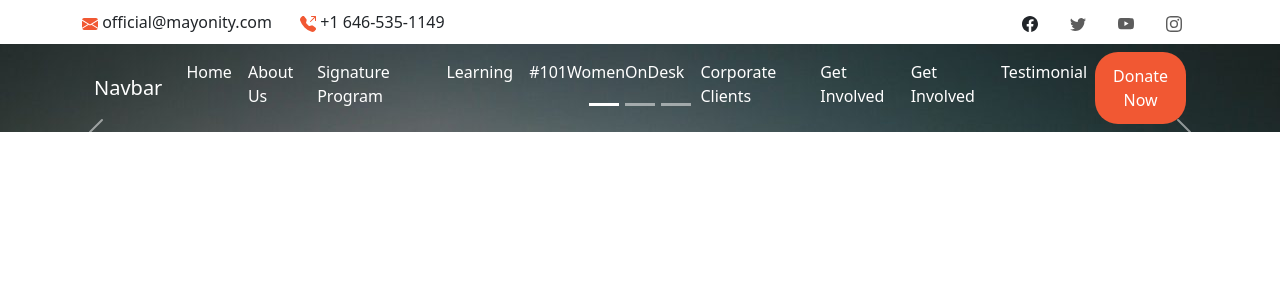
Repository: rizwan-zafar/wings
Page: /
These files come from the project's save history. The page is drawn as it stood at one moment and after the next save; the edit follows.
The browser window is 1280 px wide. The pictures show the whole page.
The project was rebuilt for these pictures with package versions that can differ from the ones it lists, and the page was loaded fresh each time.

Above is the page before, as saved 2022-11-25 23:32:17.

### public/index.html
<!DOCTYPE html>
<html lang="en">
  <head>
    <meta charset="utf-8" />
    <link rel="icon" href="%PUBLIC_URL%/favicon.ico" />
    <meta name="viewport" content="width=device-width, initial-scale=1" />
    <meta name="theme-color" content="#000000" />
    <meta
      name="description"
      content="Web site created using create-react-app"
    />
    <link rel="apple-touch-icon" href="%PUBLIC_URL%/logo192.png" />
    <!--
      manifest.json provides metadata used when your web app is installed on a
      user's mobile device or desktop. See https://developers.google.com/web/fundamentals/web-app-manifest/
    -->
    <link rel="manifest" href="%PUBLIC_URL%/manifest.json" />
    <!--
      Notice the use of %PUBLIC_URL% in the tags above.
      It will be replaced with the URL of the `public` folder during the build.
      Only files inside the `public` folder can be referenced from the HTML.

      Unlike "/favicon.ico" or "favicon.ico", "%PUBLIC_URL%/favicon.ico" will
      work correctly both with client-side routing and a non-root public URL.
      Learn how to configure a non-root public URL by running `npm run build`.
    -->
    <title>Wings</title>
  </head>
  <body>
    <noscript>You need to enable JavaScript to run this app.</noscript>
    <div id="root"></div>
    <!--
      This HTML file is a template.
      If you open it directly in the browser, you will see an empty page.

      You can add webfonts, meta tags, or analytics to this file.
      The build step will place the bundled scripts into the <body> tag.

      To begin the development, run `npm start` or `yarn start`.
      To create a production bundle, use `npm run build` or `yarn build`.
    -->
  </body>
</html>

### src/index.js
import React from 'react';
import ReactDOM from 'react-dom/client';
import './index.css';
import App from './App';
import "../node_modules/bootstrap/dist/css/bootstrap.min.css"
import "../node_modules/bootstrap/dist/js/bootstrap.min.js"

const root = ReactDOM.createRoot(document.getElementById('root'));
root.render(
  <React.StrictMode>
    <App />
  </React.StrictMode>
);

// If you want to start measuring performance in your app, pass a function
// to log results (for example: reportWebVitals(console.log))
// or send to an analytics endpoint. Learn more: https://bit.ly/CRA-vitals

### src/index.css
html {
  margin: 0;
  padding: 0;
  font-family: -apple-system, BlinkMacSystemFont, 'Segoe UI', 'Roboto', 'Oxygen',
    'Ubuntu', 'Cantarell', 'Fira Sans', 'Droid Sans', 'Helvetica Neue',
    sans-serif;
  -webkit-font-smoothing: antialiased;
  -moz-osx-font-smoothing: grayscale;
}
.icons{
  color:#f15833 ;
}
.social-icons{
  color:#000000a3
}

### src/App.js
import Home from "./Pages/Home"
function App() {
  return (

    <>
      <Home />
    </>

  );
}

export default App;

### src/Pages/Home.js
import React from 'react'
import TopNavbar from "../Components/Topnavbar"
// import Navbar from "../Components/Navbar"
import Slider from "../Components/Slider"
export default function Home() {
    return (
        <div>
            <TopNavbar />
            {/* <Navbar /> */}
            <Slider />
        </div>
    )
}

### src/Components/Topnavbar.js
import React from 'react'
import "../Css/Topnav.css"
import { EnvelopeFill, TelephoneOutboundFill, Twitter, Youtube, Instagram, Facebook } from "react-bootstrap-icons"
export default function Topnavbar() {
    return (
        <div className="top-bar container d-flex justify-content-between">
            <div>
                <span> <EnvelopeFill className="icons" /> official@mayonity.com</span>
                <span className="set-padding p-4"> <TelephoneOutboundFill className="icons ml-3" /> +1 646-535-1149</span>
            </div>
            <div>
                <span className="p-3 social-icons-"><Facebook /></span>
                <span className="p-3 social-icons"><Twitter /></span>
                <span className="p-3 social-icons"><Youtube /></span>
                <span className="p-3 social-icons"><Instagram /></span>
            </div>
        </div>
    )
}

### src/Components/Slider.js
import React from 'react'
import "../Css/Slider.css"
import Navbar from "../Components/Navbar"
export default function Slider() {
    return (
        <div className="set-slider">
            <Navbar />
            <div id="carouselExampleCaptions" className="carousel slide" data-bs-ride="false">
                <div className="carousel-indicators">
                    <button type="button" data-bs-target="#carouselExampleCaptions" data-bs-slide-to="0" className="active" aria-current="true" aria-label="Slide 1"></button>
                    <button type="button" data-bs-target="#carouselExampleCaptions" data-bs-slide-to="1" aria-label="Slide 2"></button>
                    <button type="button" data-bs-target="#carouselExampleCaptions" data-bs-slide-to="2" aria-label="Slide 3"></button>
                </div>
                <div className="carousel-inner">
                    <div className="carousel-item active">
                        <div className="carousel-caption d-none d-md-block">
                            <h5>First slide label</h5>
                            <p>Some representative placeholder content for the first slide.</p>
                        </div>
                    </div>
                    <div className="carousel-item">
                        <div className="carousel-caption d-none d-md-block">
                            <h5>Second slide label</h5>
                            <p>Some representative placeholder content for the second slide.</p>
                        </div>
                    </div>
                    <div className="carousel-item">
                        <div className="carousel-caption d-none d-md-block">
                            <h5>Third slide label</h5>
                            <p>Some representative placeholder content for the third slide.</p>
                        </div>
                    </div>
                </div>
                <button className="carousel-control-prev" type="button" data-bs-target="#carouselExampleCaptions" data-bs-slide="prev">
                    <span className="carousel-control-prev-icon" aria-hidden="true"></span>
                    <span className="visually-hidden">Previous</span>
                </button>
                <button className="carousel-control-next" type="button" data-bs-target="#carouselExampleCaptions" data-bs-slide="next">
                    <span className="carousel-control-next-icon" aria-hidden="true"></span>
                    <span className="visually-hidden">Next</span>
                </button>
            </div>
        </div>
    )
}

### src/Css/Topnav.css
.top-bar{
background-color: #fff;
padding: 10px;
}
.nav-container .btn
{
    background: #f15833;
    border-radius: 23px;
    color: white;
    padding: 11px;
    font-weight: 500;
}
 .nav-container nav ul li a
{
    color:  white;
}

### src/Css/Slider.css
.set-slider{
    background-image: url("/public/Images/header.jpg");
    background-size: cover;
    background-repeat: no-repeat;
}

### src/Components/Navbar.js
import React from 'react'

export default function Navbar() {
    return (
        <div className="nav-container container">
        <nav className="navbar navbar-expand-lg navbar-dark">
  <div className="container-fluid">
    <a className="navbar-brand" href="/">Navbar</a>
    <button className="navbar-toggler" type="button" data-bs-toggle="collapse" data-bs-target="#navbarNav" aria-controls="navbarNav" aria-expanded="false" aria-label="Toggle navigation">
      <span className="navbar-toggler-icon"></span>
    </button>
    <div className="collapse navbar-collapse" id="navbarNav">
      <ul className="navbar-nav ms-auto">
        <li className="nav-item">
          <a className="nav-link active" aria-current="page" href="/">Home</a>
        </li>
        <li className="nav-item">
          <a className="nav-link" href="/">About Us</a>
        </li>
        <li className="nav-item">
          <a className="nav-link" href="/">Signature Program</a>
        </li>
        <li className="nav-item">
          <a className="nav-link" href="/">Learning</a>
        </li>
        <li className="nav-item">
          <a className="nav-link" href="/">#101WomenOnDesk</a>
        </li>
        <li className="nav-item">
          <a className="nav-link" href="/">Corporate Clients</a>
        </li>
        <li className="nav-item">
          <a className="nav-link" href="/">Get Involved</a>
        </li>
        <li className="nav-item">
          <a className="nav-link" href="/">Get Involved</a>
        </li>
        <li className="nav-item">
          <a className="nav-link" href="/">Testimonial</a>
        </li>
        <li className="nav-item">
          <a className="nav-link btn " href="/">Donate Now</a>
        </li>

      </ul>
    </div>
  </div>
</nav>
        </div>
    )
}

After the next save:
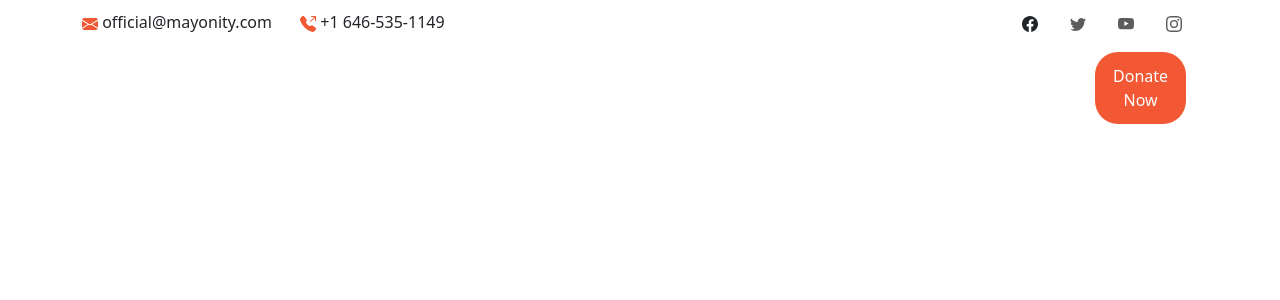
Saved 85 s later.
--- a/src/Components/Slider.js
+++ b/src/Components/Slider.js
@@ -3,7 +3,7 @@ import "../Css/Slider.css"
 import Navbar from "../Components/Navbar"
 export default function Slider() {
     return (
-        <div className="set-slider">
+        <div className=" ">
             <Navbar />
             <div id="carouselExampleCaptions" className="carousel slide" data-bs-ride="false">
                 <div className="carousel-indicators">
